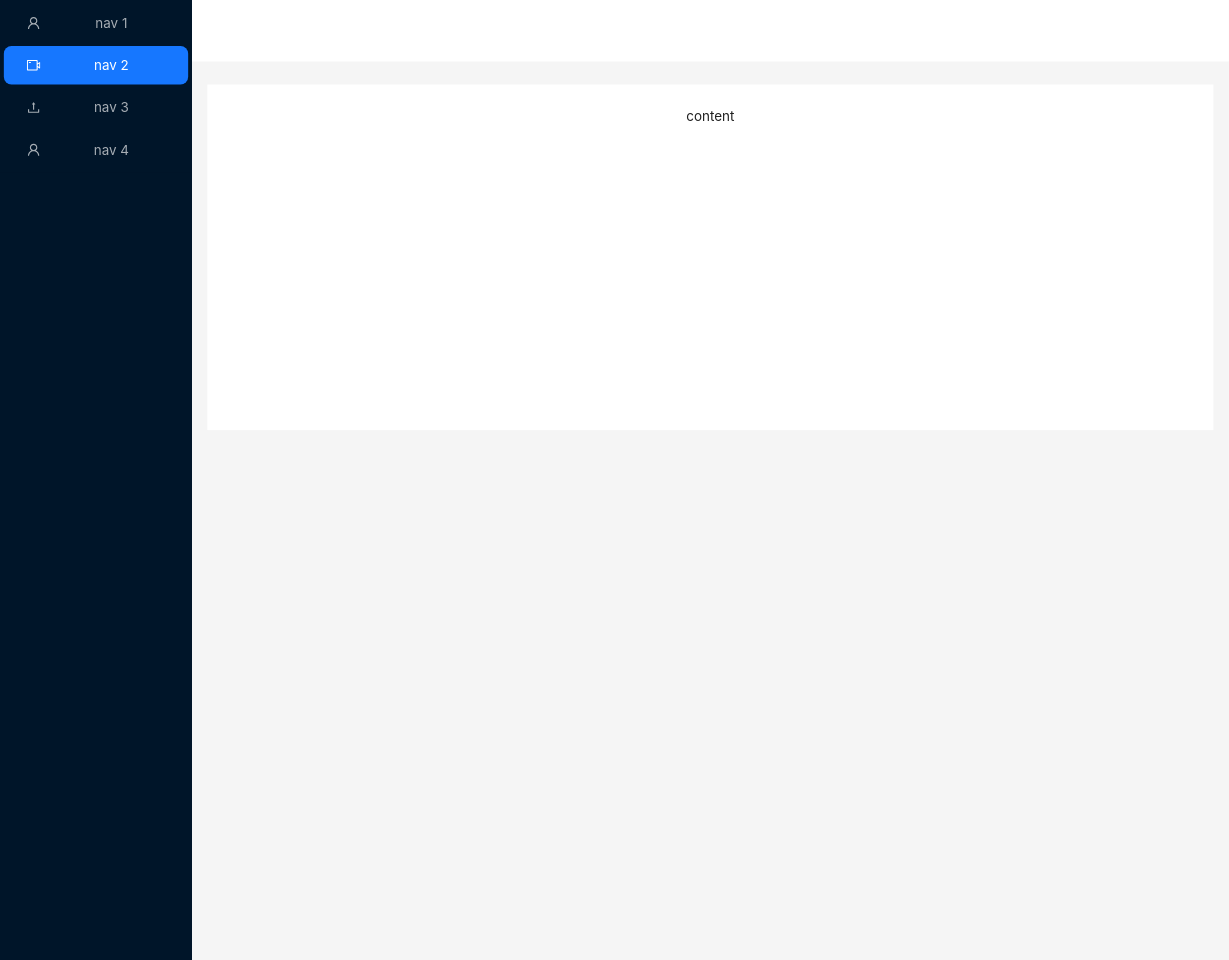
Repository: runner855/todolist_new
Page: /
The author's editor kept a copy of each file at every save. The page is drawn from the files as they stood at one save, then again after the next save.
The browser window is 1280 px wide. The pictures show the whole page, at 96% of full size.
The project was rebuilt for these pictures with package versions that can differ from the ones it lists, and the page was loaded fresh each time.

Above is the page before, as saved 2023-03-19 16:26:10.

### src/index.tsx
import React from "react";
import ReactDOM from "react-dom/client";
import "./index.css";
import { App } from "./App";
import { BrowserRouter } from "react-router-dom";

const root = ReactDOM.createRoot(
  document.getElementById("root") as HTMLElement
);
root.render(
  <React.StrictMode>
    <BrowserRouter>
    <App />
    </BrowserRouter>
  </React.StrictMode>
);

### src/App.tsx
import React from 'react';
import './App.css';
import { NavBar } from './components/NavBar/NavBar';

export const App = () =>{
  return (
    <div className="App">
      <NavBar/>

    </div>
  );
}

### src/components/NavBar/NavBar.tsx
import React from 'react';

import { UploadOutlined, UserOutlined, VideoCameraOutlined } from '@ant-design/icons';
import { Layout, Menu, theme } from 'antd';

const { Header, Content, Footer, Sider } = Layout;

export const NavBar = () => {

  const {
    token: { colorBgContainer },
  } = theme.useToken();

  return (
      <Layout>
      <Sider
        breakpoint="lg"
        collapsedWidth="0"
        style={{height:1000}}
        onBreakpoint={(broken) => {
          console.log(broken);
        }}
        onCollapse={(collapsed, type) => {
          console.log(collapsed, type);
        }}
      >
        <div className="logo" />
        <Menu
          theme="dark"
          mode="inline"
          defaultSelectedKeys={['2']}
          items={[UserOutlined, VideoCameraOutlined, UploadOutlined, UserOutlined].map(
            (icon, index) => ({
              key: String(index + 1),
              icon: React.createElement(icon),
              label: `nav ${index + 1}`,
            }),
          )}
        />
      </Sider>
      <Layout>
        <Header style={{ padding: 0, background: colorBgContainer }} />
        <Content style={{ margin: '24px 16px 0' }}>
          <div style={{ padding: 24, minHeight: 360, background: colorBgContainer }}>content</div>
        </Content>
      </Layout>
    </Layout>
   );
}

Loaded but not shown: public/index.html (common file); src/index.css (common file); src/App.css (common file)

After the next save:
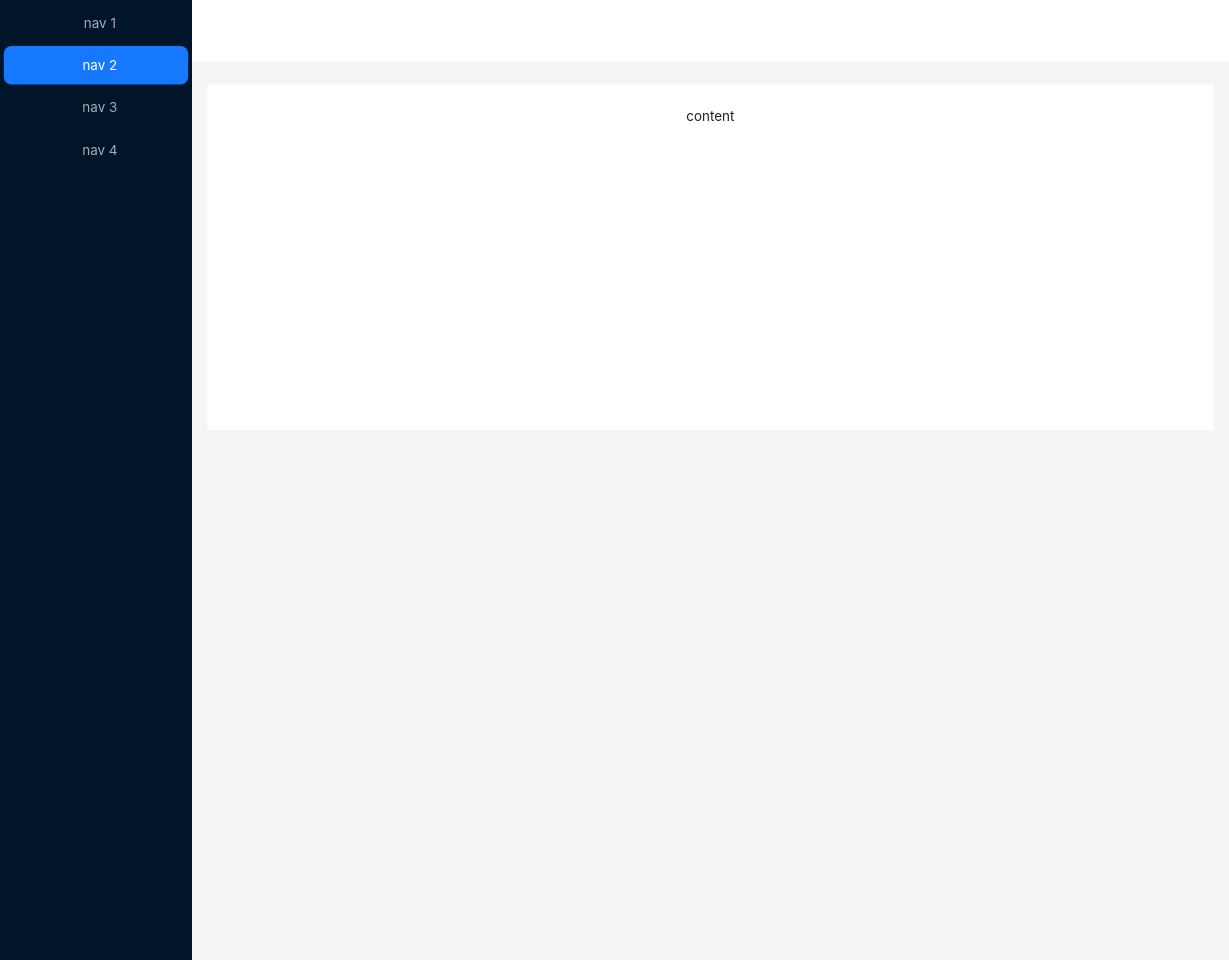
Saved 2 min 52 s later.
--- a/src/components/NavBar/NavBar.tsx
+++ b/src/components/NavBar/NavBar.tsx
@@ -2,6 +2,7 @@ import React from 'react';
 
 import { UploadOutlined, UserOutlined, VideoCameraOutlined } from '@ant-design/icons';
 import { Layout, Menu, theme } from 'antd';
+import { GrTasks } from 'react-icons/gr';
 
 const { Header, Content, Footer, Sider } = Layout;
 
@@ -32,7 +33,7 @@ export const NavBar = () => {
           items={[UserOutlined, VideoCameraOutlined, UploadOutlined, UserOutlined].map(
             (icon, index) => ({
               key: String(index + 1),
-              icon: React.createElement(icon),
+              icon: GrTasks,
               label: `nav ${index + 1}`,
             }),
           )}
